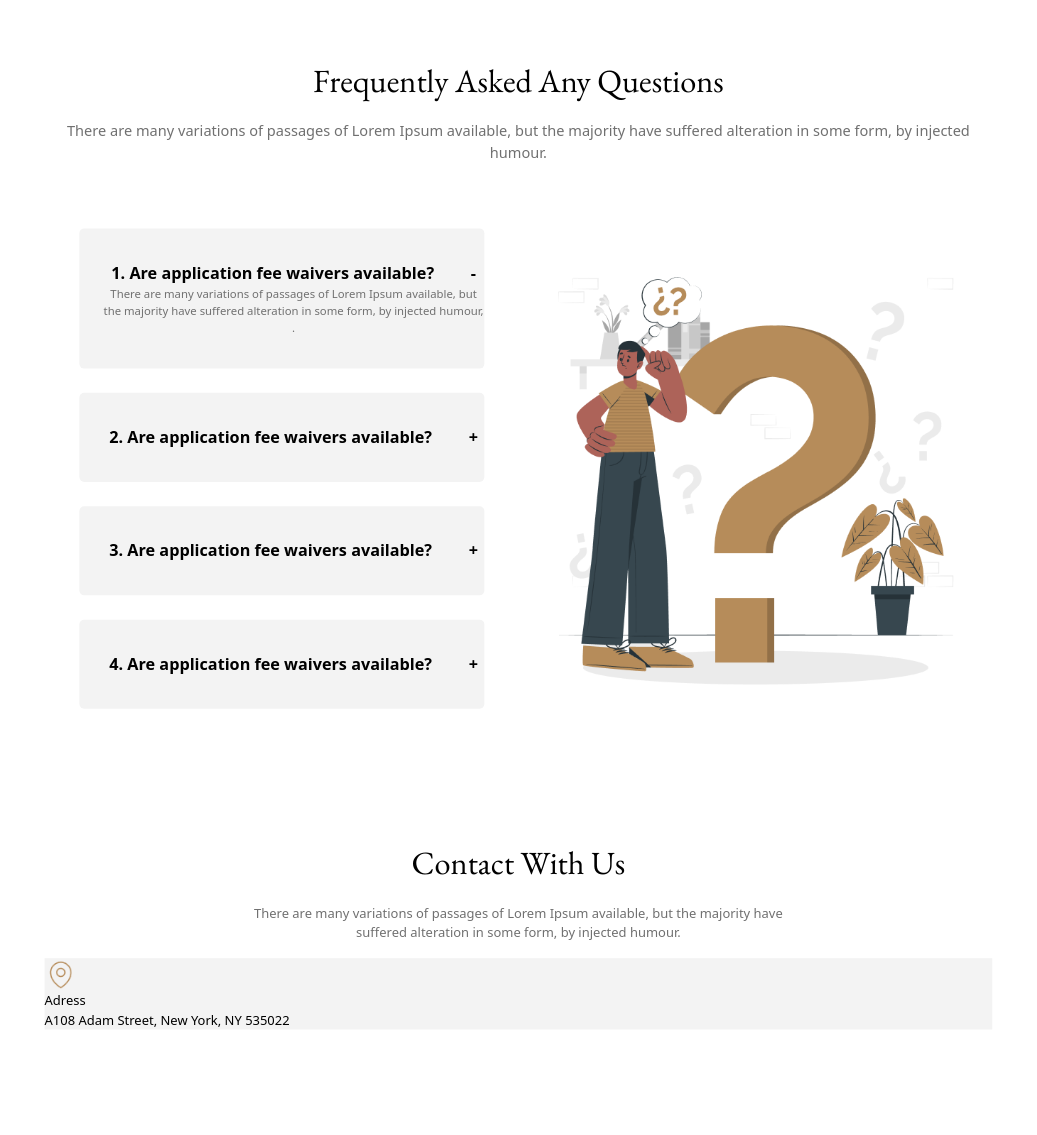
Repository: nahid-hasann/website-6
Page: index.html
The author's editor kept a copy of each file at every save. The page is drawn from the files as they stood at one save, then again after a run of saves.
The browser window is 1280 px wide. The pictures show the whole page, at 81% of full size.

Above is the page before, as saved 2025-07-22 11:36:40.

After the next 4 saves:
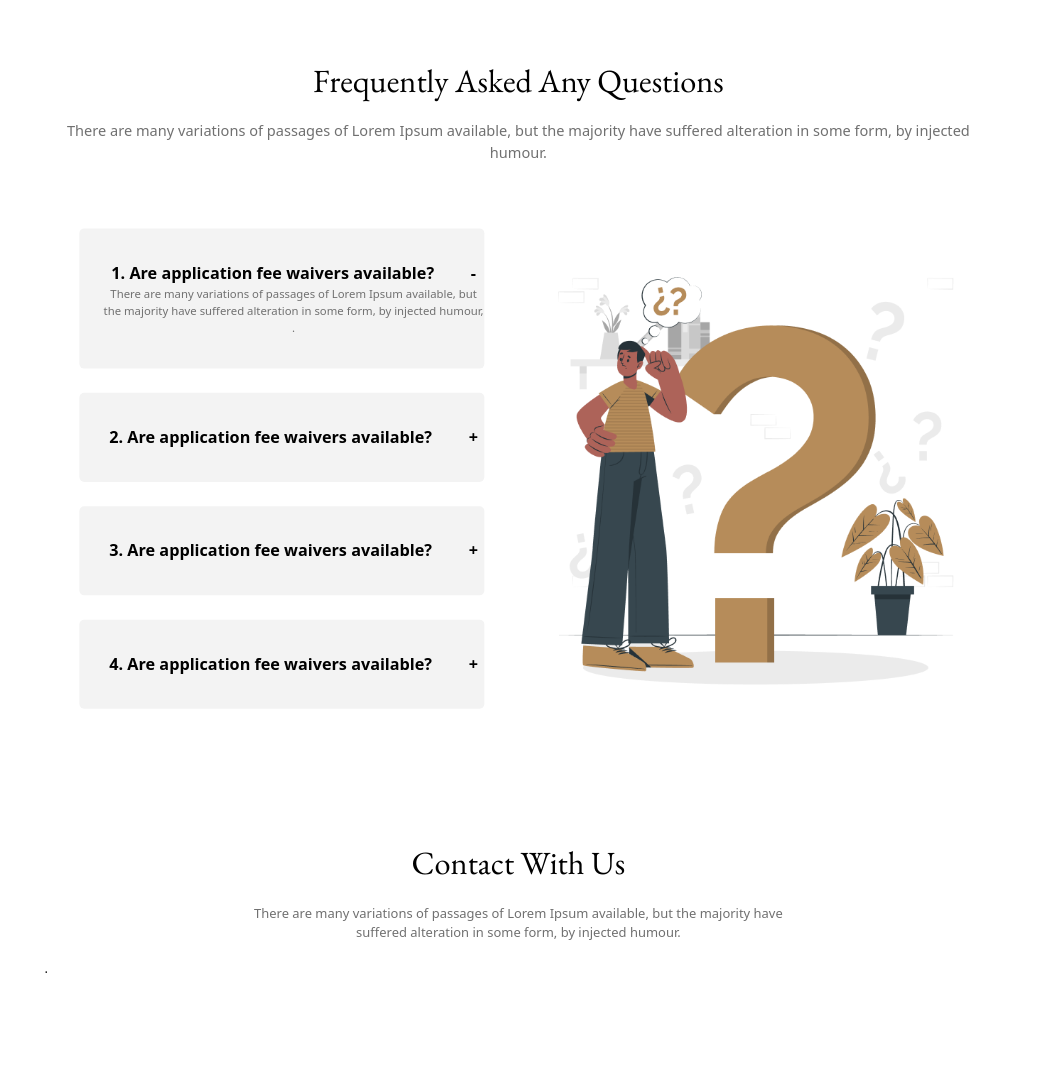
The 4 saves are shown as one change because they came seconds apart.
The last was saved 13 s later.
--- a/index.html
+++ b/index.html
@@ -129,17 +129,7 @@
          <h1 class="eb-garamond-ok text-[40px] text-center ">Contact With Us</h1>
             <p class="text-center text-[#707070] my-[20px]">There are many variations of passages of Lorem Ipsum available, but the majority have <br> suffered alteration in some form, by injected humour.</p>
 
-
-            <div class="contact-info">
-                <div class="bg-[#f3f3f3]">
-                    <img src="images/location.png" alt="">
-                    <h1>Adress</h1>
-                    <p>A108 Adam Street, New York, NY 535022</p>
-                </div>
-            </div>
-            <div class="contact-form">
-
-            </div>
+            .
     </section>
 
 </main>
